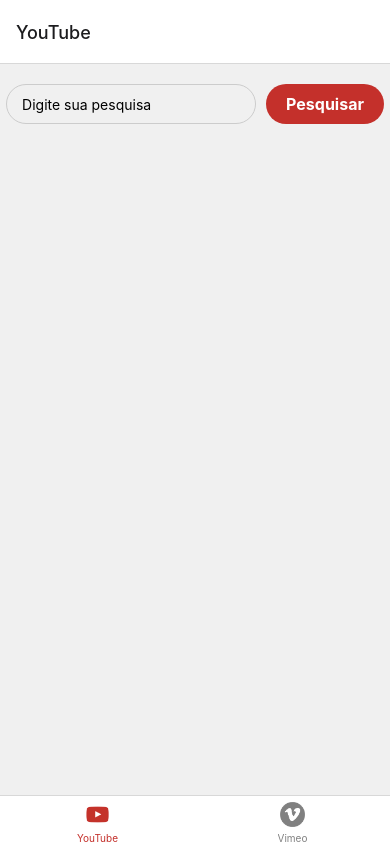
Repository: isaqkee/Youtube-API
Screen: /Home (app in youtubeAPI/)
The author's editor kept a copy of each file at every save. The screen is drawn from the files as they stood at one save, then again after a run of saves.
The app was drawn by React Native's web renderer in a window 390 px wide. The project was rebuilt for these pictures with package versions that can differ from the ones it lists, and the page was loaded fresh each time. Also part of the build but not shown: youtubeAPI/VimeoScreen.js.

Above is the screen before, as saved 2024-05-27 22:37:33.

After the next 2 saves:
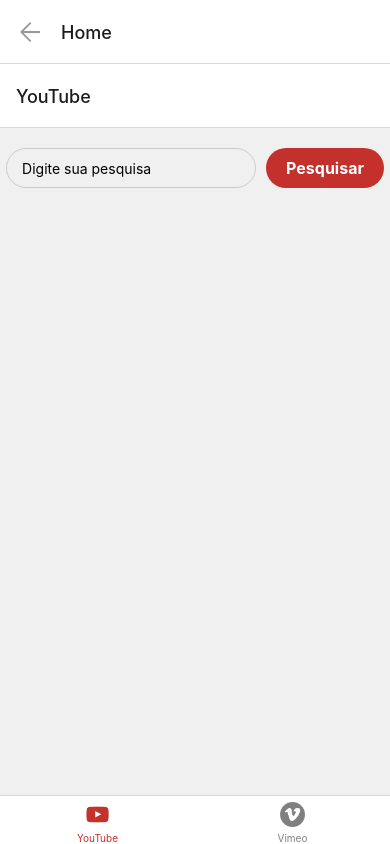
The 2 saves are shown as one change because 1 did not build or start.
The last was saved 2 min 47 s later.
--- a/youtubeAPI/App.js
+++ b/youtubeAPI/App.js
@@ -1,9 +1,8 @@
-// App.js
 import * as React from 'react';
 import { NavigationContainer } from '@react-navigation/native';
 import { createStackNavigator } from '@react-navigation/stack';
 import { createBottomTabNavigator } from '@react-navigation/bottom-tabs';
-import { Image } from 'react-native';
+import { Image, TouchableOpacity } from 'react-native';
 import WelcomeScreen from './WelcomeScreen';
 import YoutubeScreen from './YoutubeScreen';
 import VimeoScreen from './VimeoScreen';
@@ -40,8 +39,25 @@
   return (
     <NavigationContainer>
       <Stack.Navigator initialRouteName="Welcome">
-        <Stack.Screen name="Welcome" component={WelcomeScreen} options={{ headerShown: false }}/>
-        <Stack.Screen name="Home" component={HomeTabs} options={{ headerShown: false }}/>
+        <Stack.Screen
+          name="Welcome"
+          component={WelcomeScreen}
+          options={{
+            headerShown: false
+          }}
+        />
+        <Stack.Screen
+          name="Home"
+          component={HomeTabs}
+          options={({ navigation }) => ({
+            headerLeft: () => (
+              <TouchableOpacity onPress={() => navigation.navigate('Welcome')}>
+                <Image source={require('./assets/back.png')} style={{ width: 30, height: 30, marginLeft: 15 }} />
+              </TouchableOpacity>
+            ),
+            headerShown: true
+          })}
+        />
       </Stack.Navigator>
     </NavigationContainer>
   );
